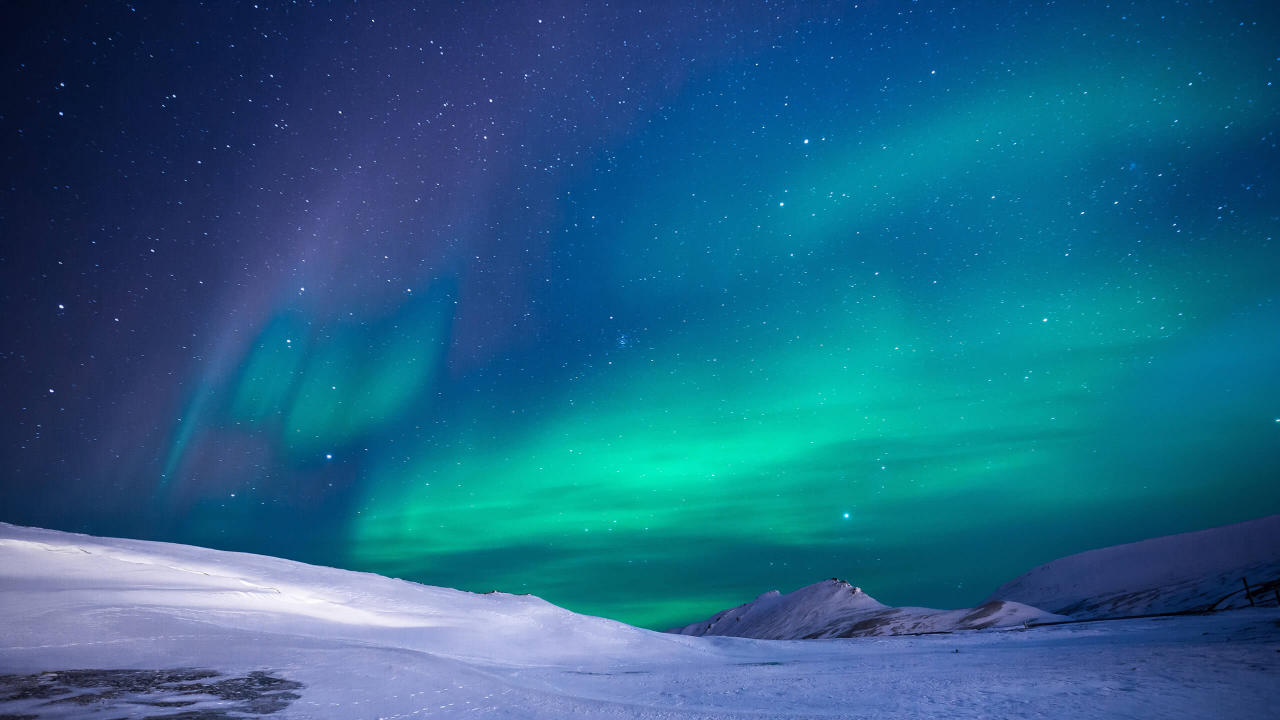
Repository: DHUAVH/Blog
Page: test/test.html
The author's editor kept a copy of each file at every save. The page is drawn from the files as they stood at one save, then again after the next save.
The browser window is 1280 px wide. The pictures show the whole page.

Above is the page before, as saved 2020-11-29 16:20:29.

After the next save:
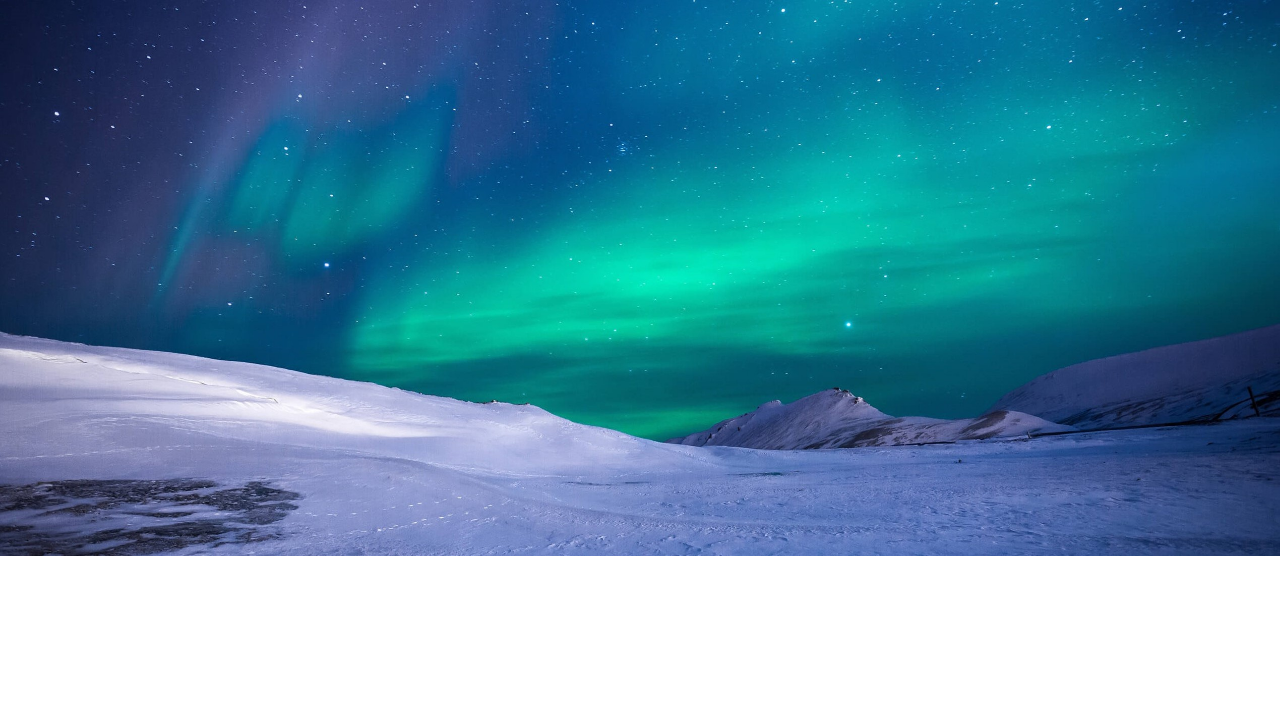
Saved 28 s later.
--- a/test/test.html
+++ b/test/test.html
@@ -6,7 +6,7 @@
    <title>Document</title>
    <style>
       .background{
-         background-image: url(../images/login.jpg);
+         background-image: url(../images/bg.jpg);
          background-repeat: no-repeat;
          background-size: 100%;
       }
